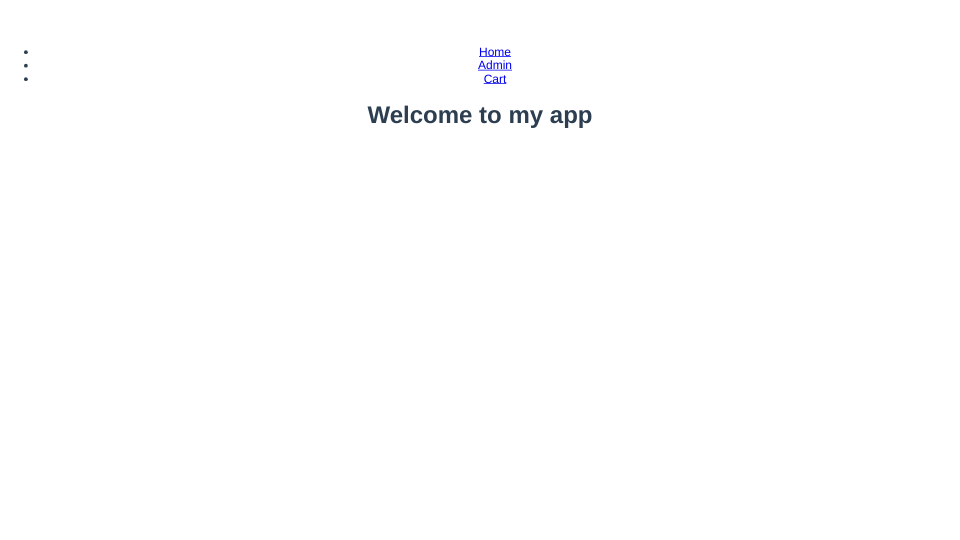
Repository: gandipapa/vue-online-shop-frontend
Page: /
The author's editor kept a copy of each file at every save. The page is drawn from the files as they stood at one save, then again after the next save.
The browser window is 1280 px wide. The pictures show the whole page, at 75% of full size.
Pictures or frames that could not be fetched are drawn as grey boxes. The project was rebuilt for these pictures with package versions that can differ from the ones it lists, and the page was loaded fresh each time. Also part of the build but not shown: src/pages/admin/Index.vue, src/components/products/ProductForm.vue, src/pages/admin/New.vue, src/pages/admin/Products.vue, src/pages/admin/Edit.vue. Imported but missing from the stored project, and not drawn on this page: src/components/products/ProductItem.vue.

Above is the page before, as saved 2021-03-24 13:51:57.

### index.html
<!DOCTYPE html>
<html>
  <head>
    <meta charset="utf-8">
    <meta name="viewport" content="width=device-width,initial-scale=1.0">
    <title>vue-online-shop-frontend</title>
  </head>
  <body>
    <div id="app"></div>
    <!-- built files will be auto injected -->
  </body>
</html>

### src/main.js
// The Vue build version to load with the `import` command
// (runtime-only or standalone) has been set in webpack.base.conf with an alias.
import Vue from 'vue'
import App from './App'
import router from './router'
// use vuex
import store from './store';
Vue.config.productionTip = false

/* eslint-disable no-new */
new Vue({
  el: '#app',
  router,
  store,
  components: { App },
  template: '<App/>'
})

### src/App.vue
<template>
  <div id="app">
    <nav>
      <div class="container">
        <ul class="nav_left">
          <li>
            <router-link to="/">Home</router-link>
          </li>
          <li>
            <router-link to="/admin">Admin</router-link>
          </li>
          <li>
            <router-link to="/cart">Cart</router-link>
          </li>
        </ul>
      </div>
    </nav>
    <router-view/>
  </div>
</template>

<script>
export default {
  name: 'App'
}
</script>

<style>
#app {
  font-family: 'Avenir', Helvetica, Arial, sans-serif;
  -webkit-font-smoothing: antialiased;
  -moz-osx-font-smoothing: grayscale;
  text-align: center;
  color: #2c3e50;
  margin-top: 60px;
}
</style>

### src/router/index.js
import Vue from 'vue'
import Router from 'vue-router'
// import HelloWorld from '@/components/HelloWorld'
import Home from '@/pages/Home'
import Cart from '@/pages/Cart'

// Admin Components
import Index from '@/pages/admin/Index';
import New from '@/pages/admin/New';
import Products from '@/pages/admin/Products';
import Edit from '@/pages/admin/Edit';

Vue.use(Router)

export default new Router({
  routes: [
    {
      path: '/',
      name: 'Home',
      component: Home,
    },
    {
      path: '/admin',
      name: 'Admin',
      component: Index,
      children:[
        {
          path:'new',
          name:'New',
          component:New,
        },
        {
          path:'products',
          name:'Products',
          component:Products,
        },
        {
          path:'edit/:id',
          name:'Edit',
          component:Edit,
        },
      ]
    },
    {
      path: '/cart',
      name: 'Cart',
      component:Cart,
    }
  ],
})

### src/store/index.js
import Vue from 'vue';
import Vuex from 'vuex';

Vue.use(Vuex);

export default new Vuex.Store({
    strict:true,
    state:{
        //bought items
        cart:[],
        //ajax loader
        showLoader:false,
        //selected product
        product:{},
        //all products
        products:[
            {
                _id: '1',
                name: 'iPhone',
                description: 'iPhone是美国苹果公司研发的智能手机系列，搭载苹果公司研发的iOS操作系统',
                image: 'https://i.gadgets360cdn.com/large/iPhone11_leak_1567592422045.jpg',
                price: 2000,
                manufacturer: 'Apple Inc'
              },
              {
                _id: '2',
                name: '荣耀20',
                description: '李现同款 4800万超广角AI四摄 3200W美颜自拍 麒麟Kirin980全网通版8GB+128GB 蓝水翡翠 全面屏手机',
                image: 'https://article-fd.zol-img.com.cn/t_s640x2000/g4/M08/0E/0E/ChMlzF2myueILMN_AAGSPzoz23wAAYJ3QADttsAAZJX090.jpg',
                price: 2499,
                manufacturer: '华为'
              },
              {
                _id: '3',
                name: 'MIX2S',
                description: '骁龙845 全面屏NFC 游戏智能拍照手机 白色 全网通 6+128',
                image: 'http://himg2.huanqiu.com/attachment2010/2018/0129/08/39/20180129083933823.jpg',
                price: 1688,
                manufacturer: '小米'
              },
              {
                _id: '4',
                name: 'IQOO Pro',
                description: '12GB+128GB 竞速黑 高通骁龙855Plus手机 4800万AI三摄 44W超快闪充 5G全网通手机',
                image: 'https://www.tabletowo.pl/wp-content/uploads/2019/08/vivo-iqoo-pro-5g-blue-1.jpg',
                price: 4098,
                manufacturer: 'Vivo'
              },
              {
                _id: '5',
                name: 'Reno2',
                description: '【12期免息1年碎屏险】4800万变焦四摄8+128G防抖6.5英寸全面屏新 深海夜光(8GB+128GB) 官方标配',
                image: 'https://news.maxabout.com/wp-content/uploads/2019/08/OPPO-Reno-2-1.jpg',
                price: 2999,
                manufacturer: 'OPPO'
              }
        ],
        //all manufacturers
        manufacturers:[],
    },
    mutations:{
        ADD_TO_CART(state, payload) {
            const { product } = payload;
            state.cart.push(product)
        },
        REMOVE_FROM_CART(state,payload) {
            const { productId} = payload;
            state.cart = state.cart.filter( product => product._id !== productId)
        }

    }
})

### src/pages/Home.vue
<template>
    <div>
        <div class="title">
            <h1>{{msg}}</h1>
        </div>
        <product-list></product-list>
    </div>

</template>

<script>
import ProductList from '@/components/products/ProductList.vue';
    export default {
        name:'home',
        data(){
            return{
                msg:'Welcome to my app'
            };
        },
        components:{
        'product-list': ProductList
        }
    }
</script>

### src/components/products/ProductList.vue
<template>
    <div>
        <div class="products">
            <div class="container">
                This is ProductList
            </div>
            <template v-for="product in products">
                <div :key = product._id  class="proudct">
                    <p class="product_name">产品名称{{product.name}}</p>
                    <p class="product_description">介绍:{{product.description}}</p>
                    <p class="product_price">价格:{{product.price}}</p>
                    <p class="product">生产厂商:{{product.manufacturer}}</p>
                    <img :src="product_image" alt="" class="product_image">
                    <button @click="addToCart(product)">加入购物车</button>
                </div>
            </template>
        </div>
    </div>
</template>
<style>
.product {
  border-bottom: 1px solid black;
}

.product__image {
  width: 100px;
  height: 100px;
}
</style>
<script>
export default {
    name:'product-list',
    computed:{
        //a computed getter
        products(){
            return this.$store.this.state.products;
        }
    },
    methods:{
        addToCart(product){
            this.$store.commit('ADD_TO_CART', {
                product
            });
        }
    }

}

</script>

### src/pages/Cart.vue
<template>
  <div>
    <div class="title">
      <h1>{{msg}}</h1>
    </div>
    <template v-for="product in cart">
      <product-item  :product="product" :key="product._id"> </product-item>
    </template>
  </div>
</template>
<style>
.product{
  border-bottom: 1px solid black;
}
.product__image{
  width: 100px;
  height: 100px;
}

</style>
<script>
import ProductItem from '@/components/products/ProductItem.vue';
export default {
    name:'home',
    data(){
        return{
            msg:'welcome to the cart page'
        }
    },
    computed:{
        cart() {
            return this.$store.state.cart;
        }
    },
    methods:{
        removeFromCart(productId){
            this.$store.commit('REMOVE_FROM_CART',{
                productId
            });
        }
    },
    components:{
      'product-item':ProductItem
    }
}
</script>

After the next save:
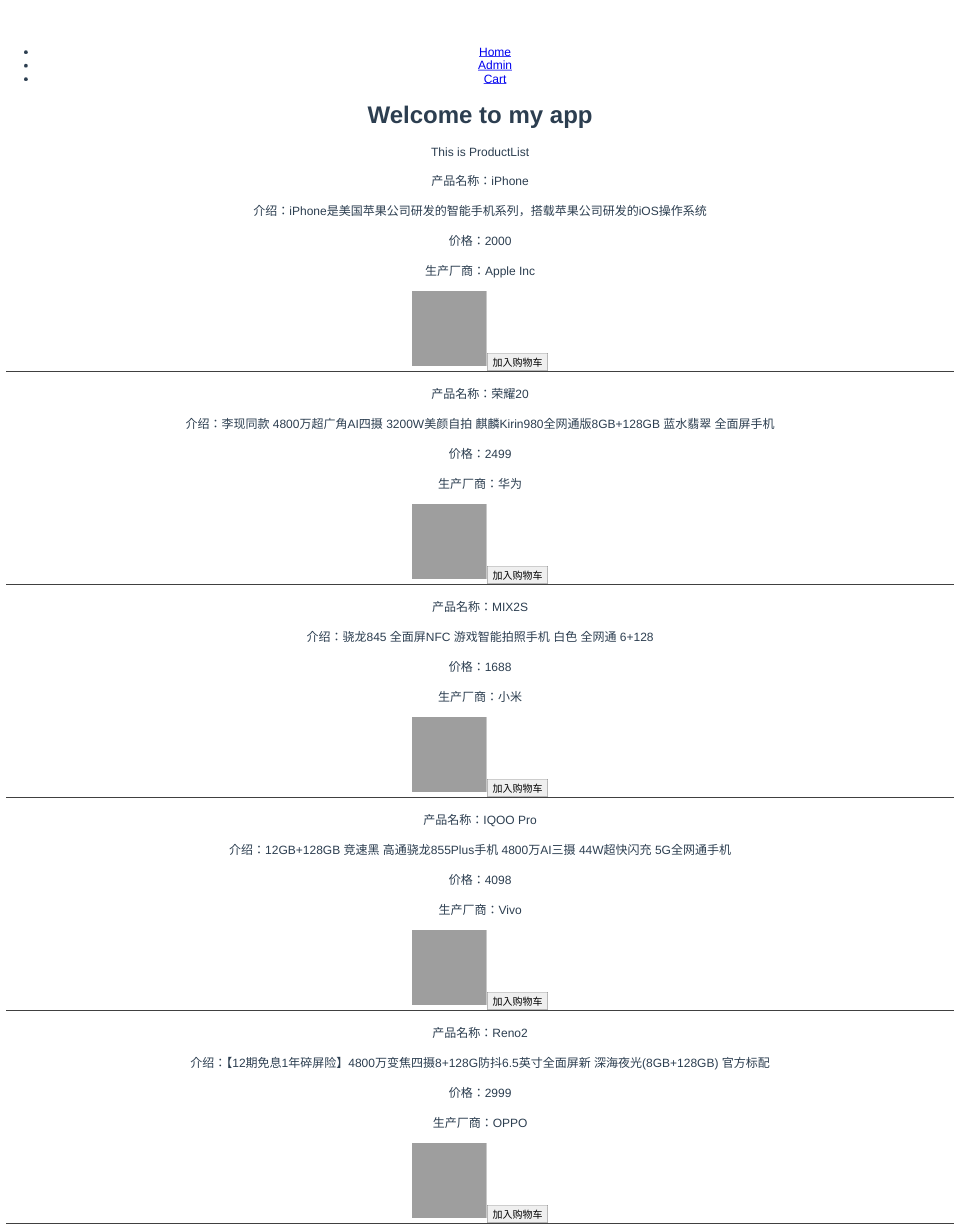
Saved 44 s later.
--- a/src/components/products/ProductList.vue
+++ b/src/components/products/ProductList.vue
@@ -1,22 +1,23 @@
 <template>
-    <div>
-        <div class="products">
-            <div class="container">
-                This is ProductList
-            </div>
-            <template v-for="product in products">
-                <div :key = product._id  class="proudct">
-                    <p class="product_name">产品名称{{product.name}}</p>
-                    <p class="product_description">介绍:{{product.description}}</p>
-                    <p class="product_price">价格:{{product.price}}</p>
-                    <p class="product">生产厂商:{{product.manufacturer}}</p>
-                    <img :src="product_image" alt="" class="product_image">
-                    <button @click="addToCart(product)">加入购物车</button>
-                </div>
-            </template>
+  <div>
+    <div class="products">
+      <div class="container">
+        This is ProductList
+      </div>
+      <template v-for="product in products">
+        <div :key="product._id" class="product">
+          <p class="product__name">产品名称：{{product.name}}</p>
+          <p class="product__description">介绍：{{product.description}}</p>
+          <p class="product__price">价格：{{product.price}}</p>
+          <p class="product.manufacturer">生产厂商：{{product.manufacturer}}</p>
+          <img :src="product.image" alt="" class="product__image">
+          <button @click="addToCart(product)">加入购物车</button>
         </div>
+      </template>
     </div>
+  </div>
 </template>
+
 <style>
 .product {
   border-bottom: 1px solid black;
@@ -27,23 +28,22 @@
   height: 100px;
 }
 </style>
+
 <script>
 export default {
-    name:'product-list',
-    computed:{
-        //a computed getter
-        products(){
-            return this.$store.this.state.products;
-        }
-    },
-    methods:{
-        addToCart(product){
-            this.$store.commit('ADD_TO_CART', {
-                product
-            });
-        }
+  name: 'product-list',
+  computed: {
+    // a computed getter
+    products() {
+      return this.$store.state.products;
     }
-
+  },
+  methods: {
+    addToCart(product) {
+      this.$store.commit('ADD_TO_CART', {
+        product
+      });
+    }
+  }
 }
-
 </script>
